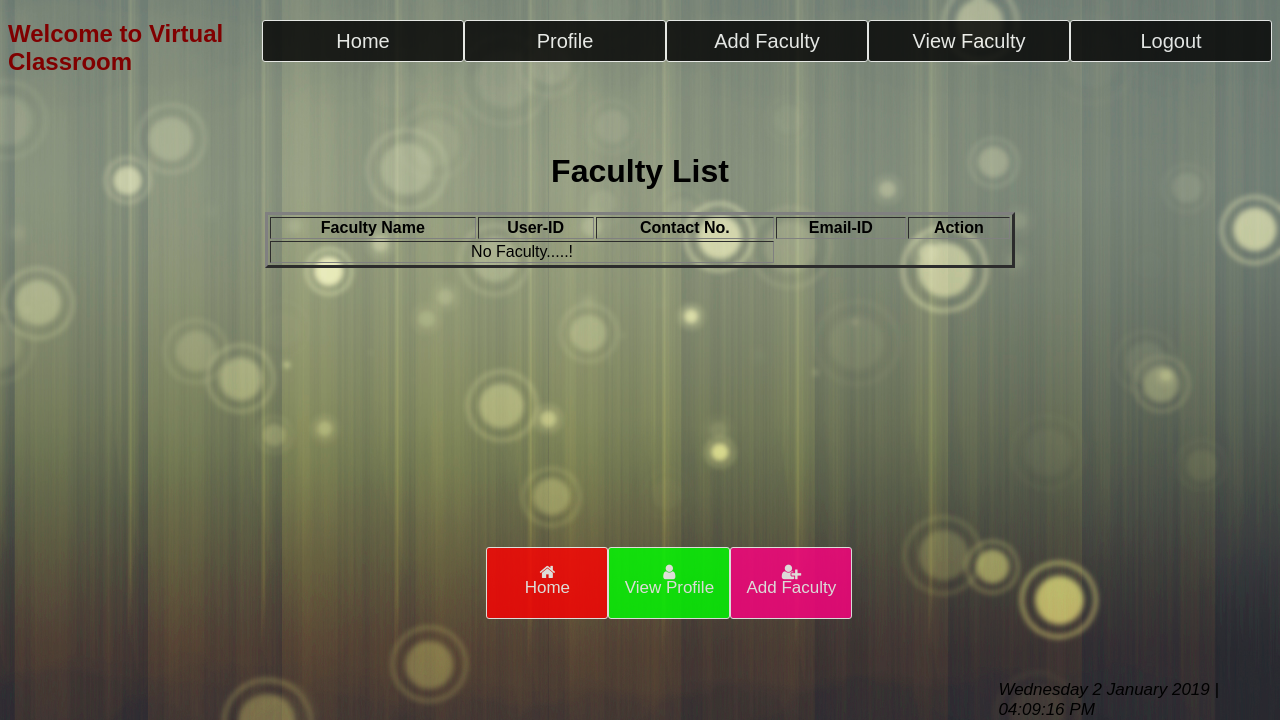
Repository: Rajendra1998/Virtual_classroom_mvc_project
Page: http://localhost/Virtual_classroom/display_faculty.jsp
The author's editor kept a copy of each file at every save. The page is drawn from the files as they stood at one save, then again after the next save.
The browser window is 1280 px wide. The pictures show the whole page.
The page is served by Tomcat 9. The template is opened directly, without the code that normally fills it, so the values that code supplies are empty.

Above is the page before, as saved 2019-01-09 20:09:09.

After the next save:
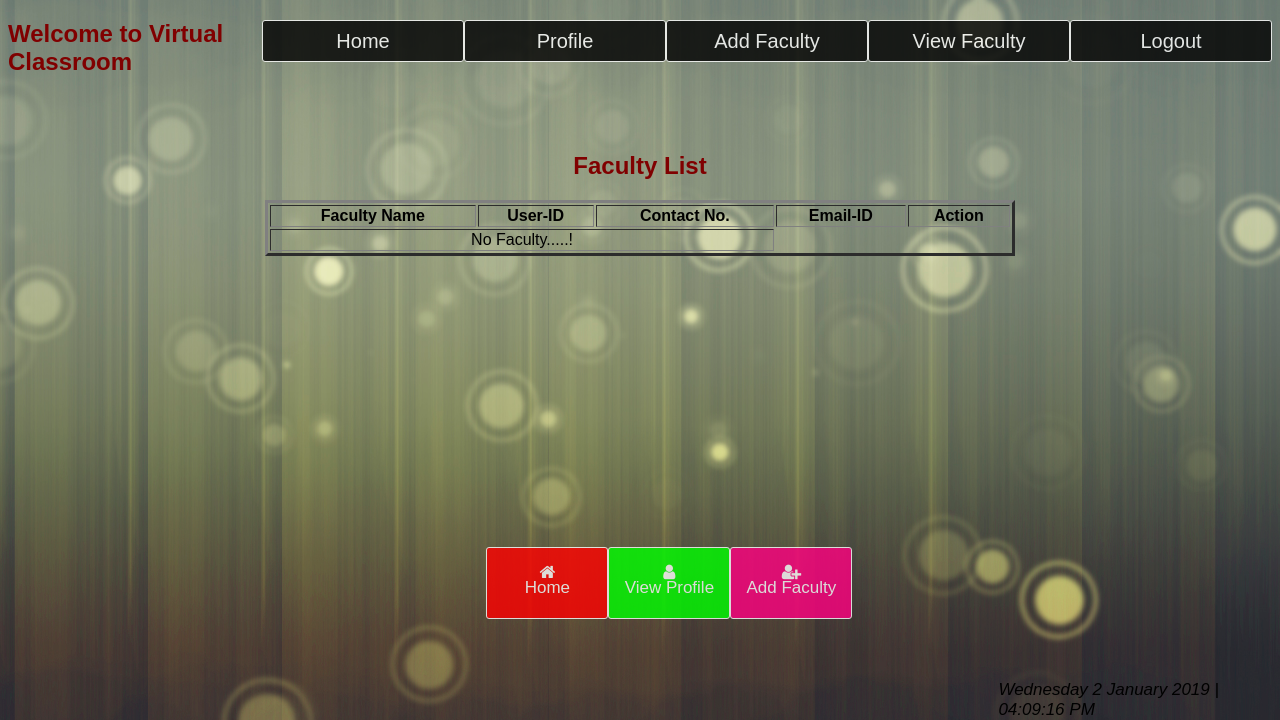
Saved 107 s later.
--- a/Virtual_classroom/WebContent/display_faculty.jsp
+++ b/Virtual_classroom/WebContent/display_faculty.jsp
@@ -174,7 +174,7 @@
 	<br><br>
 	<center>
      <div class="panel">
-            <h1>Faculty List</h1>
+            <h2>Faculty List</h2>
             <table class="bordered_table" align=center border="3" width="750px" >
                <thead>
                   <tr align="center"><th>Faculty Name</th><th>User-ID</th><th>Contact No.</th><th>Email-ID</th><th>Action</th></tr>
